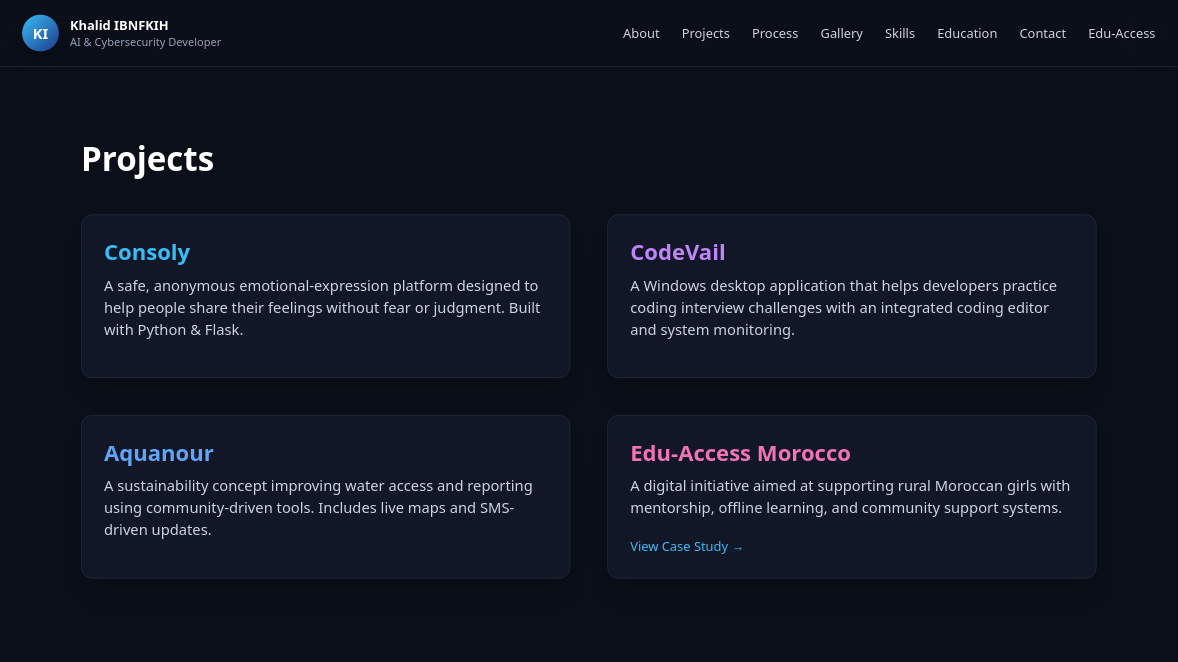
Repository: IBNKHALID06/KhalidAlxPortfolio
Page: /projects
The author's editor kept a copy of each file at every save. The page is drawn from the files as they stood at one save, then again after the next save.
The browser window is 1280 px wide. The pictures show the whole page, at 92% of full size.
The project was rebuilt for these pictures with package versions that can differ from the ones it lists, and the page was loaded fresh each time. Also part of the build but not shown: vite.config.js, src/pages/About.tsx, src/pages/Process.tsx, src/components/ImageBox.tsx, src/pages/Gallery.tsx, src/pages/Skills.tsx, src/pages/Education.tsx, src/pages/Contact.tsx and 1 more.

Above is the page before, as saved 2025-11-30 20:37:47.

### index.html
<!DOCTYPE html>
<html lang="en">
  <head>
    <meta charset="UTF-8" />
    <meta name="viewport" content="width=device-width, initial-scale=1.0" />
    <title>Khalid Portfolio</title>
  </head>
  <body class="bg-[#0b0f19]">
    <div id="root"></div>
    <script type="module" src="/src/main.tsx"></script>
  </body>
</html>

### src/App.tsx
import { BrowserRouter as Router, Routes, Route, Navigate } from "react-router-dom";
import Navbar from "./components/Navbar";
import About from "./pages/About";
import Projects from "./pages/Projects";
import Process from "./pages/Process";
import Gallery from "./pages/Gallery";
import Skills from "./pages/Skills";
import Education from "./pages/Education";
import Contact from "./pages/Contact";
import EduAccess from "./pages/EduAccess";

function App() {
  return (
    <Router>
      <div className="min-h-screen bg-[#0b0f19] text-white font-sans">
        <Navbar />
        <main>
          <Routes>
            <Route path="/" element={<Navigate to="/about" replace />} />
            <Route path="/about" element={<About />} />
            <Route path="/projects" element={<Projects />} />
            <Route path="/process" element={<Process />} />
            <Route path="/gallery" element={<Gallery />} />
            <Route path="/skills" element={<Skills />} />
            <Route path="/education" element={<Education />} />
            <Route path="/contact" element={<Contact />} />
            <Route path="/eduaccess" element={<EduAccess />} />
          </Routes>
        </main>
      </div>
    </Router>
  );
}

export default App;

### src/index.css
@tailwind base;
@tailwind components;
@tailwind utilities;

body {
  background-color: #0b0f19;
  color: white;
}

### src/components/Navbar.tsx
import { Link } from "react-router-dom";
import { useState } from "react";

export default function Navbar() {
  const [open, setOpen] = useState(false);
  const links = ["about", "projects", "process", "gallery", "skills", "education", "contact", "eduaccess"];

  return (
    <header className="sticky top-0 z-50 bg-[#0b0f19]/80 backdrop-blur-xl border-b border-slate-800">
      <div className="max-w-7xl mx-auto px-6 py-4 flex justify-between items-center">
        <Link to="/about" className="flex items-center gap-3 select-none">
          <div className="w-10 h-10 rounded-full bg-gradient-to-br from-sky-400 to-blue-900 flex items-center justify-center font-bold text-white shadow-lg">
            KI
          </div>
          <div>
            <h1 className="text-sm font-semibold">Khalid IBNFKIH</h1>
            <p className="text-xs text-slate-400">AI & Cybersecurity Developer</p>
          </div>
        </Link>

        <nav className="hidden md:flex gap-6 text-sm">
          {links.map((item) => (
            <Link key={item} to={`/${item}`} className="text-slate-300 hover:text-sky-400 transition">
              {item === "eduaccess" ? "Edu-Access" : item.charAt(0).toUpperCase() + item.slice(1)}
            </Link>
          ))}
        </nav>

        <button className="md:hidden text-2xl" onClick={() => setOpen(!open)}>
          {open ? "✕" : "☰"}
        </button>
      </div>

      {open && (
        <div className="md:hidden px-6 pb-4 space-y-2 bg-[#111827] border-t border-slate-800">
          {links.map((item) => (
            <Link
              key={item}
              to={`/${item}`}
              onClick={() => setOpen(false)}
              className="block text-slate-300 hover:text-sky-400 py-1"
            >
              {item === "eduaccess" ? "Edu-Access" : item.charAt(0).toUpperCase() + item.slice(1)}
            </Link>
          ))}
        </div>
      )}
    </header>
  );
}

### src/pages/Projects.tsx
import Page from "../components/Page";
import ProjectCard from "../components/ProjectCard";

export default function Projects() {
  return (
    <Page>
      <h2 className="text-4xl font-bold mb-10">Projects</h2>

      <div className="grid md:grid-cols-2 gap-10">
        <ProjectCard
          title="Consoly"
          color="text-sky-400"
          desc="A safe, anonymous emotional-expression platform designed to help people share their feelings without fear or judgment. Built with Python & Flask."
        />
        <ProjectCard
          title="CodeVail"
          color="text-purple-400"
          desc="A Windows desktop application that helps developers practice coding interview challenges with an integrated coding editor and system monitoring."
        />
        <ProjectCard
          title="Aquanour"
          color="text-blue-400"
          desc="A sustainability concept improving water access and reporting using community-driven tools. Includes live maps and SMS-driven updates."
        />
        <ProjectCard
          title="Edu-Access Morocco"
          color="text-pink-400"
          desc="A digital initiative aimed at supporting rural Moroccan girls with mentorship, offline learning, and community support systems."
          link="/eduaccess"
        />
      </div>
    </Page>
  );
}

### src/components/Page.tsx
import { motion } from "framer-motion";
import React from "react";

type Props = { children: React.ReactNode };

export default function Page({ children }: Props) {
  return (
    <motion.section
      initial={{ opacity: 0, y: 20 }}
      animate={{ opacity: 1, y: 0 }}
      transition={{ duration: 0.4 }}
      className="max-w-6xl mx-auto px-6 py-20"
    >
      {children}
    </motion.section>
  );
}

### src/components/ProjectCard.tsx
import { Link } from "react-router-dom";

type Props = {
  title: string;
  desc: string;
  color: string;
  link?: string;
  image?: string;
};

export default function ProjectCard({ title, desc, color, link, image }: Props) {
  return (
    <div className="bg-[#111726] border border-slate-800 rounded-xl shadow-xl overflow-hidden flex flex-col h-full">
      {image && (
        <div className="h-48 overflow-hidden">
          <img src={image} alt={title} className="w-full h-full object-cover transition-transform duration-500 hover:scale-105" />
        </div>
      )}
      <div className="p-6 flex flex-col flex-grow">
        <h3 className={`text-2xl font-semibold ${color}`}>{title}</h3>
        <p className="text-slate-300 mt-2 mb-4 flex-grow">{desc}</p>
        {link && <Link to={link} className="text-sky-400 hover:underline text-sm mt-auto inline-block">View Case Study →</Link>}
      </div>
    </div>
  );
}

Loaded but not shown: src/main.tsx (common file); tailwind.config.js (common file)

After the next save:
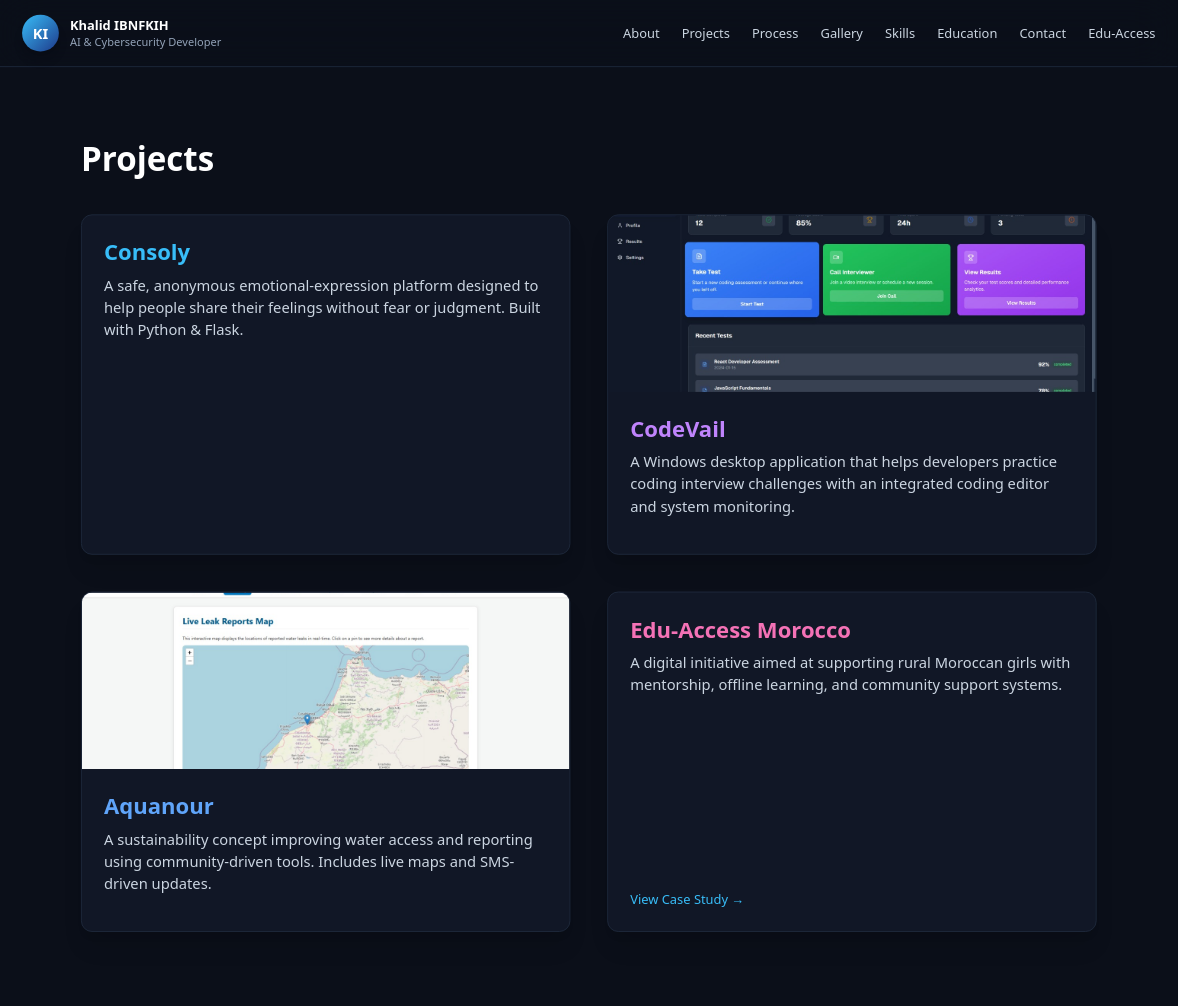
Saved 2 s later.
--- a/src/pages/Projects.tsx
+++ b/src/pages/Projects.tsx
@@ -1,5 +1,8 @@
 import Page from "../components/Page";
 import ProjectCard from "../components/ProjectCard";
+
+import codevailDashboard from "../assets/codevail_dashboard.jpg";
+import aquanourMap from "../assets/aquanour_map.jpg";
 
 export default function Projects() {
   return (
@@ -16,11 +19,13 @@ export default function Projects() {
           title="CodeVail"
           color="text-purple-400"
           desc="A Windows desktop application that helps developers practice coding interview challenges with an integrated coding editor and system monitoring."
+          image={codevailDashboard}
         />
         <ProjectCard
           title="Aquanour"
           color="text-blue-400"
           desc="A sustainability concept improving water access and reporting using community-driven tools. Includes live maps and SMS-driven updates."
+          image={aquanourMap}
         />
         <ProjectCard
           title="Edu-Access Morocco"
